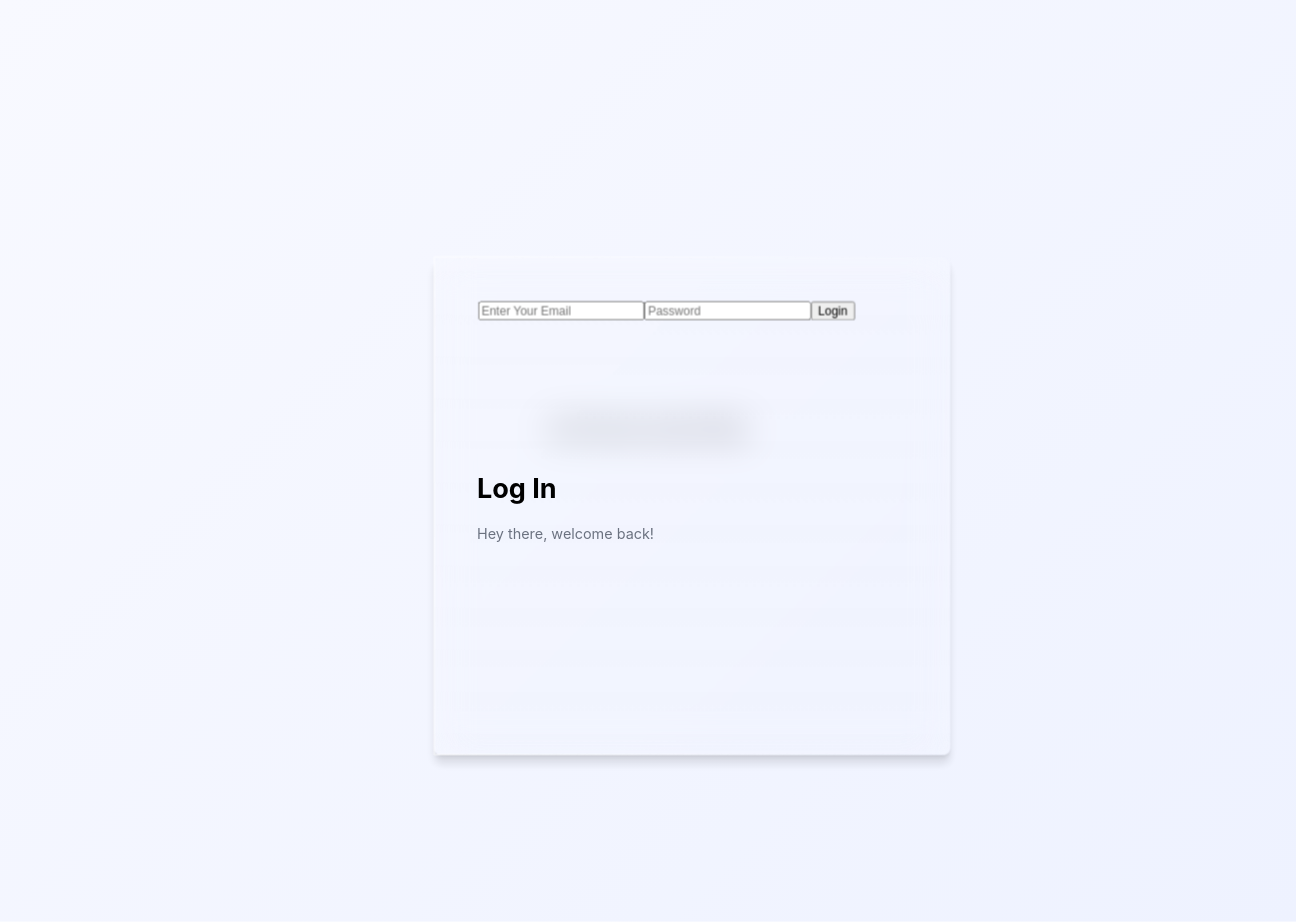
Repository: AfifaNoor/Admin_Panel-React-
Page: /sign-up
The author's editor kept a copy of each file at every save. The page is drawn from the files as they stood at one save, then again after the next save.
The browser window is 1280 px wide. The page is 1440 px wide, so the pictures cover 1440 px, including what lies to the right of the window. The pictures show the whole page, at 90% of full size.
The project was rebuilt for these pictures with package versions that can differ from the ones it lists, and the page was loaded fresh each time. Also part of the build but not shown: src/SignUp.jsx.

Above is the page before, as saved 2025-07-10 15:44:01.

After the next save:
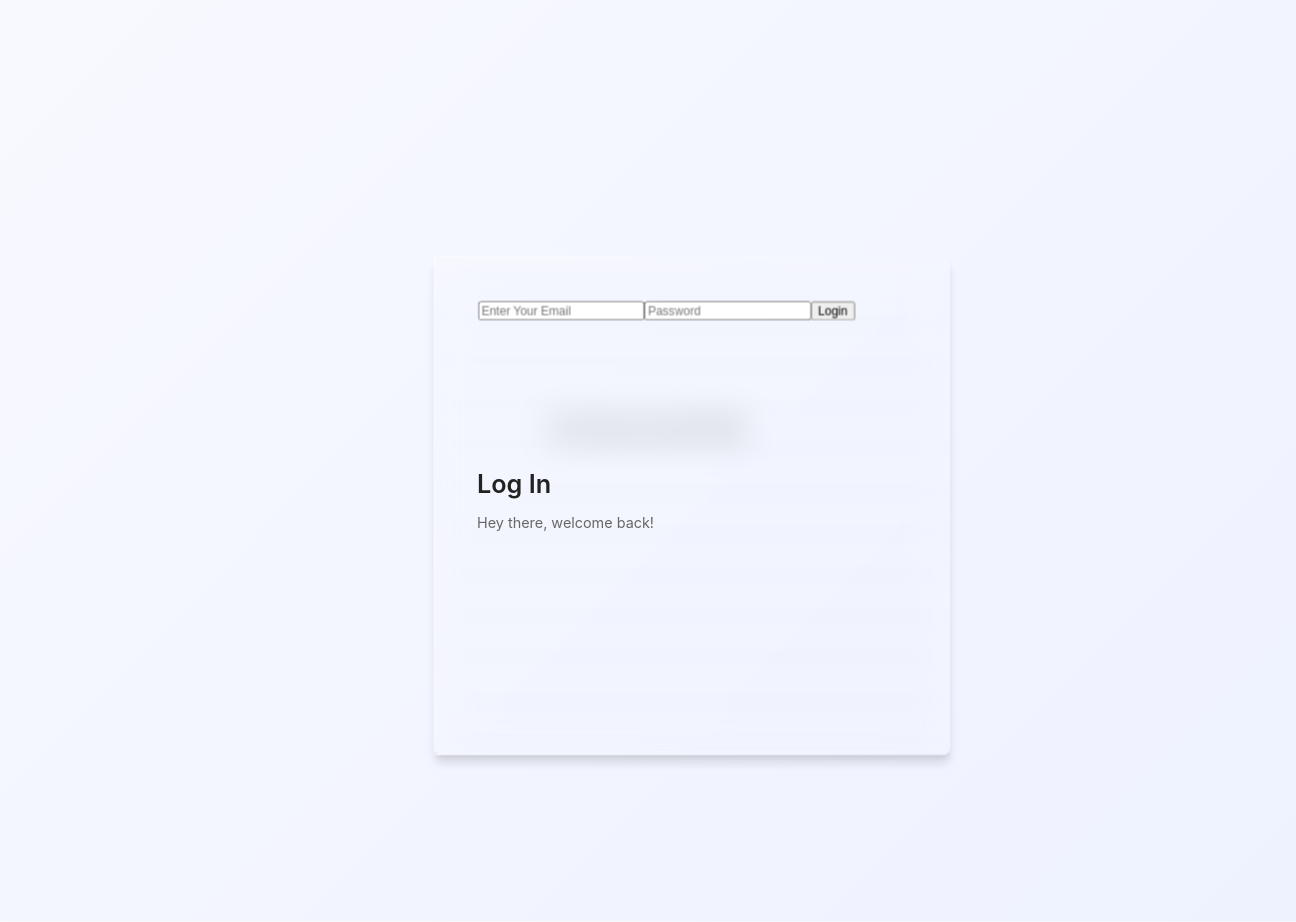
Saved 43 s later.
--- a/src/LoginPage.css
+++ b/src/LoginPage.css
@@ -58,22 +58,13 @@ box-shadow:
 }
 
 .title h1 {
-width: 380px;
-height: 40px;
-font-family: 'Inter', sans-serif;
-font-weight: 600px;
-font-size: 30px;
-line-height: 40px;
-letter-spacing: -1%;
+  font-size: 28px;
+  font-weight: 600;
+  color: #222;
+  margin-bottom: 8px;
 }
 
-.title p{
+.title p {
   font-size: 16px;
-  font-style: Inter;
-  font-weight: 400px;
-  font-style:normal;
-  line-height: 22px;
-  letter-spacing: -1%;
-  color: rgba(107, 114, 128, 1);
-
+  color: #666;
 }
